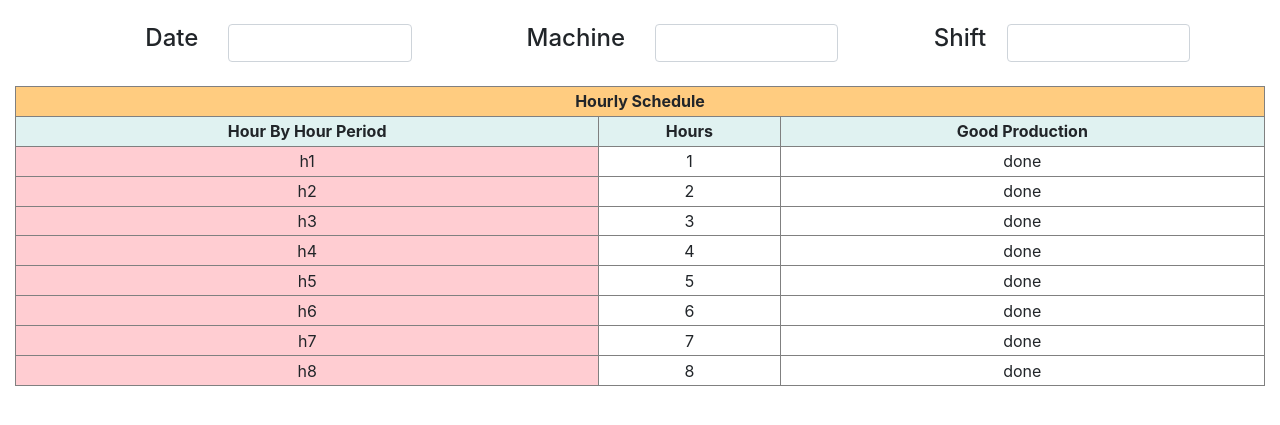
Repository: hisamit97/TVS-Locas
Page: index.html
An editor plug-in stored every save of this project. The page is shown before and after the next save, followed by the edit.
The browser window is 1280 px wide. The pictures show the whole page.

Above is the page before, as saved 2020-11-30 19:06:30.

### index.html
<html>

<head>
    <title>TVS LoCas</title>
    <link rel="stylesheet" href="https://cdn.jsdelivr.net/npm/bootstrap@4.5.3/dist/css/bootstrap.min.css" integrity="sha384-TX8t27EcRE3e/ihU7zmQxVncDAy5uIKz4rEkgIXeMed4M0jlfIDPvg6uqKI2xXr2" crossorigin="anonymous">

<!-- jQuery and JS bundle w/ Popper.js -->
<script src="https://code.jquery.com/jquery-3.5.1.slim.min.js" integrity="sha384-DfXdz2htPH0lsSSs5nCTpuj/zy4C+OGpamoFVy38MVBnE+IbbVYUew+OrCXaRkfj" crossorigin="anonymous"></script>
<script src="https://cdn.jsdelivr.net/npm/bootstrap@4.5.3/dist/js/bootstrap.bundle.min.js" integrity="sha384-ho+j7jyWK8fNQe+A12Hb8AhRq26LrZ/JpcUGGOn+Y7RsweNrtN/tE3MoK7ZeZDyx" crossorigin="anonymous"></script>
</head>
<body>
    <div class="container-fluid">
        <div class="row">
            <div class="col-md-4"></div>
            <div class="col-md-4"></div>
            <div class="col-md-4"></div>
        </div>
        <br>
        <div class="row" >
            <div class="col-md-4">
                <div class="row">
                    <div class="col-md-6 text-right"><h4>Date</h4></div>
                    <div class="col-md-6"><input type="text" class="form-control mr-3"></div>
                </div>
            </div>
            <div class="col-md-4">
                <div class="row">
                    <div class="col-md-6 text-right" ><h4>Machine</h4></div>
                    <div class="col-md-6"><input type="text" class="form-control"></div>
                </div>
            </div>
            <div class="col-md-4">
                <div class="row">
                    <div class="col-md-6 text-center"><h4>Shift</h4></div>
                    <div class="col-md-6" style="margin-left: -75px;"><input type="text" class="form-control"></div>
                </div>
            </div>
        </div>
        <br>
        <div class="row">
            <div class="col-md-12">
                <table width="100%" border="1" height="300px">
                   <tr style="text-align: center;background:#ffcc80;">
                       <th colspan="3">Hourly Schedule</th>
                   </tr>
                   <tr style="text-align: center; background: #e0f2f1;">
                       <th >Hour By Hour Period</th>
                       <th>Hours</th>
                       <th>Good Production</th>
                    </tr>
                    <tr style="text-align: center;">
                        <td style="background:#ffcdd2;">h1</td>
                        <td>1</td>
                        <td>done</td>
                    </tr>
                    <tr style="text-align: center;">
                        <td style="background:#ffcdd2;">h2</td>
                        <td>2</td>
                        <td>done</td>
                    </tr>
                    <tr style="text-align: center;">
                        <td style="background:#ffcdd2;">h3</td>
                        <td>3</td>
                        <td>done</td>
                    </tr>
                    <tr style="text-align: center;">
                        <td style="background:#ffcdd2;">h4</td>
                        <td>4</td>
                        <td>done</td>
                    </tr>
                    <tr style="text-align: center;">
                        <td style="background:#ffcdd2;">h5</td>
                        <td>5</td>
                        <td>done</td>
                    </tr>
                    <tr style="text-align: center;">
                        <td style="background:#ffcdd2;">h6</td>
                        <td>6</td>
                        <td>done</td>
                    </tr>
                    <tr style="text-align: center;">
                        <td style="background:#ffcdd2;">h7</td>
                        <td>7</td>
                        <td>done</td>
                    </tr>
                    <tr style="text-align: center;">
                        <td style="background:#ffcdd2;">h8</td>
                        <td>8</td>
                        <td>done</td>
                    </tr>
                </table>
            </div>
        </div>
    </div>
</body>
</html>

After the next save:
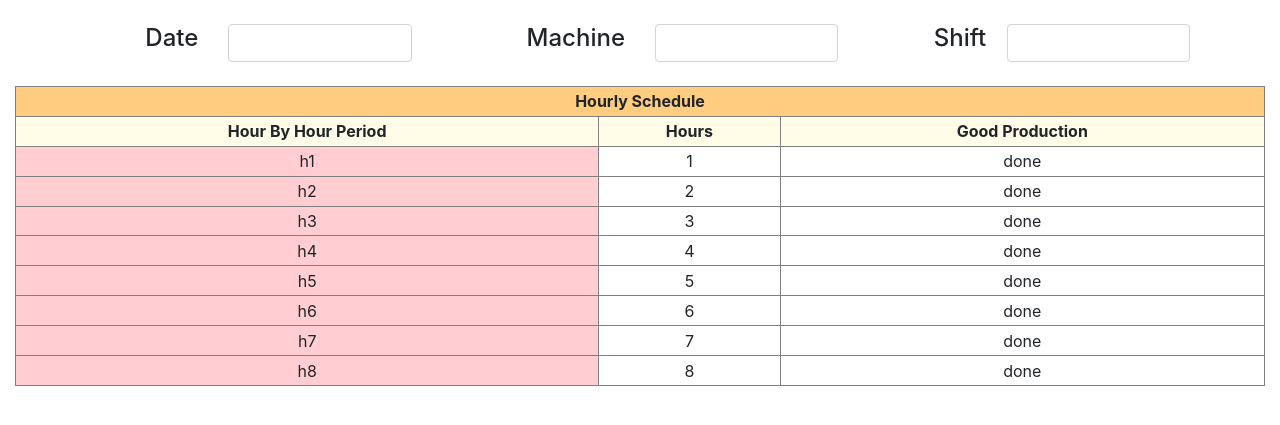
Saved 101 s later.
--- a/index.html
+++ b/index.html
@@ -43,7 +43,7 @@
                    <tr style="text-align: center;background:#ffcc80;">
                        <th colspan="3">Hourly Schedule</th>
                    </tr>
-                   <tr style="text-align: center; background: #e0f2f1;">
+                   <tr style="text-align: center; background: #fffde7;">
                        <th >Hour By Hour Period</th>
                        <th>Hours</th>
                        <th>Good Production</th>
